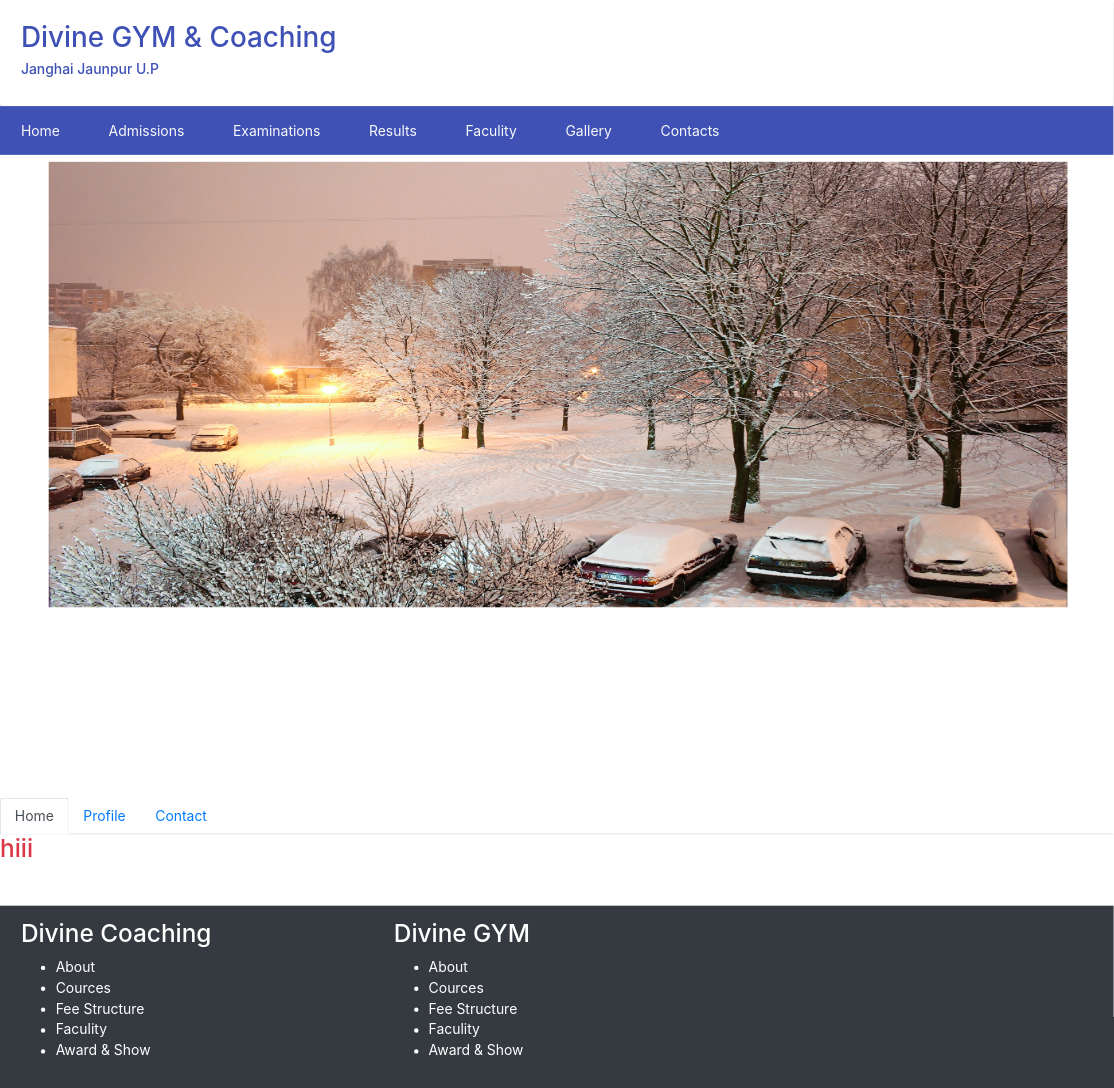
Repository: lalji-yadav/vikash-Coaching-frontend
Page: /gallery
These files come from the project's save history. The page is drawn as it stood at one moment and after the next save; the edit follows.
The browser window is 1280 px wide. The pictures show the whole page, at 87% of full size.
The project was rebuilt for these pictures with package versions that can differ from the ones it lists, and the page was loaded fresh each time. Also part of the build but not shown: src/index.css, src/home/home.js, src/component/admission/admission.js, src/component/examination/examination.js, src/component/results/result.js, src/component/faculity/faculity.js.

Above is the page before, as saved 2021-04-11 13:39:16.

### public/index.html
<!DOCTYPE html>
<html lang="en">
  <head>
    <meta charset="utf-8" />
    <link rel="icon" href="%PUBLIC_URL%/favicon.ico" />
    <meta name="viewport" content="width=device-width, initial-scale=1" />
    <meta name="theme-color" content="#000000" />
    <meta
      name="description"
      content="Web site created using create-react-app"
    />


    <link rel="preconnect" href="https://fonts.gstatic.com">
    <link href="https://fonts.googleapis.com/css2?family=Open+Sans:wght@400;700&display=swap" rel="stylesheet">

    <link rel="apple-touch-icon" href="%PUBLIC_URL%/logo192.png" />
    <!--
      manifest.json provides metadata used when your web app is installed on a
      user's mobile device or desktop. See https://developers.google.com/web/fundamentals/web-app-manifest/
    -->
    <link rel="manifest" href="%PUBLIC_URL%/manifest.json" />


    <link rel="preconnect" href="https://fonts.gstatic.com">
<link href="https://fonts.googleapis.com/css2?family=Open+Sans&display=swap" rel="stylesheet">
    <!--
      Notice the use of %PUBLIC_URL% in the tags above.
      It will be replaced with the URL of the `public` folder during the build.
      Only files inside the `public` folder can be referenced from the HTML.

      Unlike "/favicon.ico" or "favicon.ico", "%PUBLIC_URL%/favicon.ico" will
      work correctly both with client-side routing and a non-root public URL.
      Learn how to configure a non-root public URL by running `npm run build`.
    -->
    <title>React App</title>
  </head>
  <body>
    <noscript>You need to enable JavaScript to run this app.</noscript>
    <div id="root"></div>
    <!--
      This HTML file is a template.
      If you open it directly in the browser, you will see an empty page.

      You can add webfonts, meta tags, or analytics to this file.
      The build step will place the bundled scripts into the <body> tag.

      To begin the development, run `npm start` or `yarn start`.
      To create a production bundle, use `npm run build` or `yarn build`.
    -->
  </body>
</html>

### src/App.js
import React from 'react';
import Header from "../src/header/header"
import { BrowserRouter } from 'react-router-dom';
import Footer from '../src/footer/footer'


function App() {
  return (
    <div style={{overflowX:"hidden"}}>

      <BrowserRouter>
          <Header />
      </BrowserRouter>


      {/* <Routers /> */}


      <Footer />

    </div>
  );
}

export default App;

### src/header/header.js
import React, { Component } from 'react';
import {Navbar, Nav } from 'react-bootstrap';
import { Card } from '@material-ui/core';
import { Link } from "react-router-dom";
import Routers from "../router/router"

class header extends Component {
    render() {
        return (
            <div>
                <Card className="py-4 pl-4">
                    <h2 style={{color:"#3f51b5"}}>Divine GYM & Coaching </h2>
                    <h6 style={{color:"#3f51b5"}}>Janghai Jaunpur U.P</h6>
                </Card>

                <Navbar style={{backgroundColor:"#3f51b5"}} variant="light" expand="lg">
                    <Navbar.Toggle aria-controls="basic-navbar-nav" />
                    <Navbar.Collapse id="basic-navbar-nav">
                    <Nav className="text-light">
                        <Nav.Link className="text-light pr-5" as={Link} to="/home">Home</Nav.Link>
                        <Nav.Link className="text-light pr-5" as={Link} to="/admission">Admissions</Nav.Link>
                        <Nav.Link className="text-light pr-5" as={Link} to="/examination">Examinations</Nav.Link>
                        <Nav.Link className="text-light pr-5" as={Link} to="/results">Results</Nav.Link>
                        <Nav.Link className="text-light pr-5" as={Link} to="/faculity">Faculity</Nav.Link>
                        <Nav.Link className="text-light pr-5" as={Link} to="/gallery">Gallery</Nav.Link>
                        <Nav.Link className="text-light pr-5" as={Link} to="/service">Contacts</Nav.Link>

                    </Nav>
                    </Navbar.Collapse>
                </Navbar>

                <Routers> </Routers>

            </div>
        );
    }
}

export default header;

### src/footer/footer.js
import React, { Component } from 'react';
// import { Card } from 'react-bootstrap';

class footer extends Component {
    render() {
        return (
              <div className="row bg-dark text-white mt-5 py-3 pl-4">

                  <div className="col-sm-4">
                  <h3> Divine Coaching </h3>
                  <ul>
                         <li> About </li>
                         <li> Cources </li>
                         <li> Fee Structure </li>
                         <li> Faculity </li>
                         <li> Award & Show </li>
                     </ul>
                  </div>

                  <div className="col-sm-4">
                  <h3> Divine GYM </h3>
                  <ul>
                         <li> About </li>
                         <li> Cources </li>
                         <li> Fee Structure </li>
                         <li> Faculity </li>
                         <li> Award & Show </li>
                     </ul>
                  </div>
              </div>
        );
    }
}

export default footer;

### src/router/router.js
import React, { Component } from 'react';
import {
    Switch,
    Route
  } from "react-router-dom";
  import Home from '../home/home'
  import Admission from "../component/admission/admission"
  import Examination from "../component/examination/examination"
  import Result from "../component/results/result"
  import Faculity from "../component/faculity/faculity"
import Gallery from '../component/gallery/gallery';

class router extends Component {
    render() {
        return (
            <div>
                   <Switch>
                    <Route exact path="/" component={Home} />
                    <Route exact path="/home" component={Home} />
                    <Route exact path="/admission" component={Admission} />
                    <Route exact path="/examination" component={Examination} />
                    <Route exact path="/results" component={Result} />
                    <Route exact path="/faculity" component={Faculity} />
                    <Route exact path="/gallery" component={Gallery} />
                    </Switch>

            </div>
        );
    }
}

export default router;

### src/component/gallery/gallery.js
import React, { Component } from "react";
import {Tab, Tabs} from 'react-bootstrap'

class gallery extends Component {

  render() {

    return (
      <div>
        <div className="row">
          <div className="col-sm-11 mt-2" style={{ marginLeft: "4.3%" }}>
            <img
              style={{ width: "100%", height: "70%" }}
              src={
                process.env.PUBLIC_URL +
                "/image/gallery/Admin/0 (22) - Copy.jpg"
              }
              alt=""
            />
          </div>
          <div className="col-md-5"></div>
        </div>

        <div className="" >
          <Tabs defaultActiveKey="Home" id="uncontrolled-tab-example">
            <Tab className="text-danger" eventKey="Home" title="Home">
              <h3>hiii </h3>
            </Tab>
            <Tab eventKey="profile" title="Profile">
              <h3>profile </h3>
            </Tab>
            <Tab eventKey="contact" title="Contact" >
              <h3>vghtrh </h3>
            </Tab>
          </Tabs>


        </div>
      </div>
    );
  }
}

export default gallery;

Loaded but not shown: src/index.js (common file); src/serviceWorker.js (common file)

After the next save:
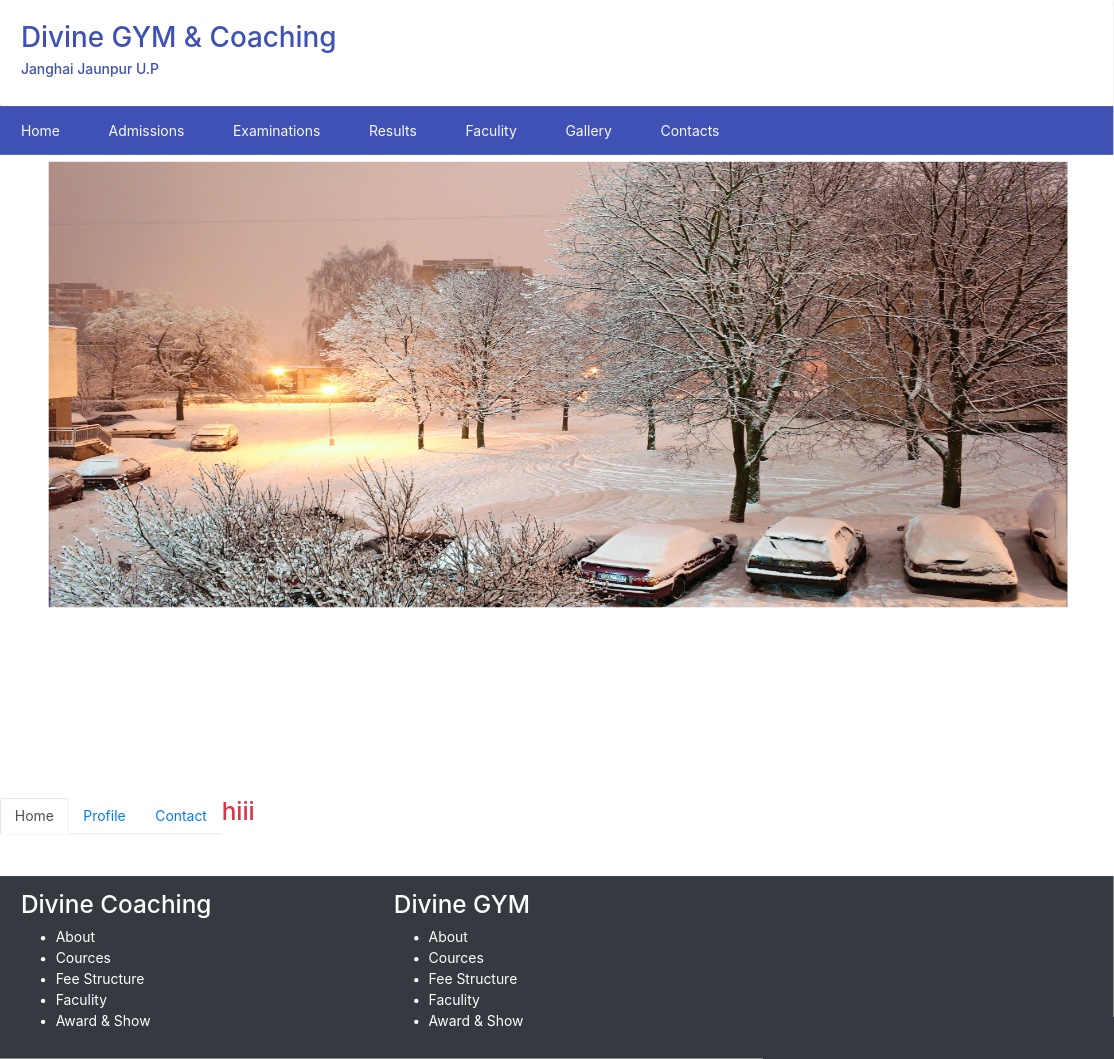
Saved 25 s later.
--- a/src/component/gallery/gallery.js
+++ b/src/component/gallery/gallery.js
@@ -21,7 +21,7 @@
           <div className="col-md-5"></div>
         </div>
 
-        <div className="" >
+        <div className="row col-sm-11" >
           <Tabs defaultActiveKey="Home" id="uncontrolled-tab-example">
             <Tab className="text-danger" eventKey="Home" title="Home">
               <h3>hiii </h3>

After the save that followed:
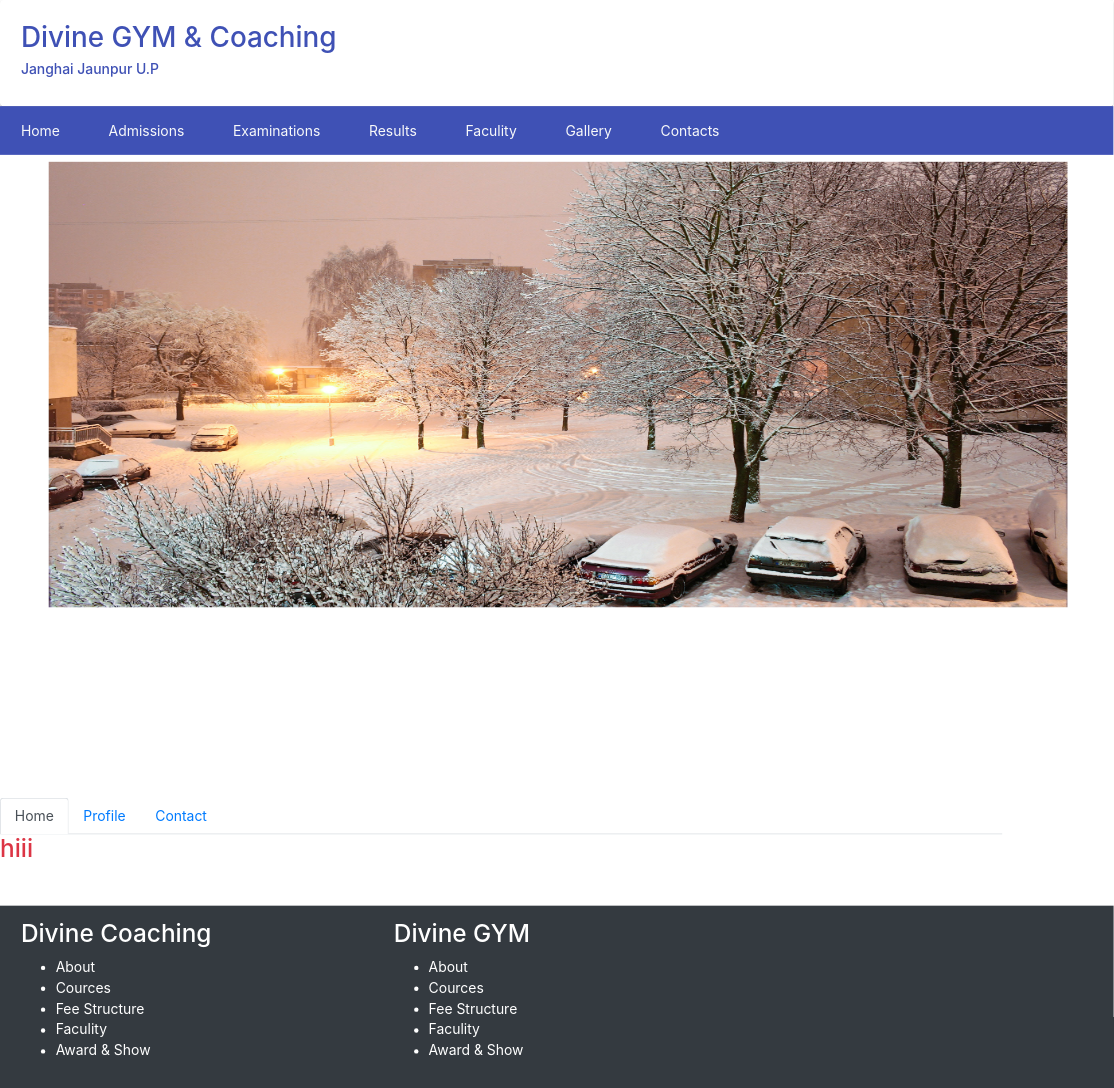
Saved 38 s later.
--- a/src/component/gallery/gallery.js
+++ b/src/component/gallery/gallery.js
@@ -21,7 +21,7 @@
           <div className="col-md-5"></div>
         </div>
 
-        <div className="row col-sm-11" >
+        <div style={{width:"90%"}} >
           <Tabs defaultActiveKey="Home" id="uncontrolled-tab-example">
             <Tab className="text-danger" eventKey="Home" title="Home">
               <h3>hiii </h3>
